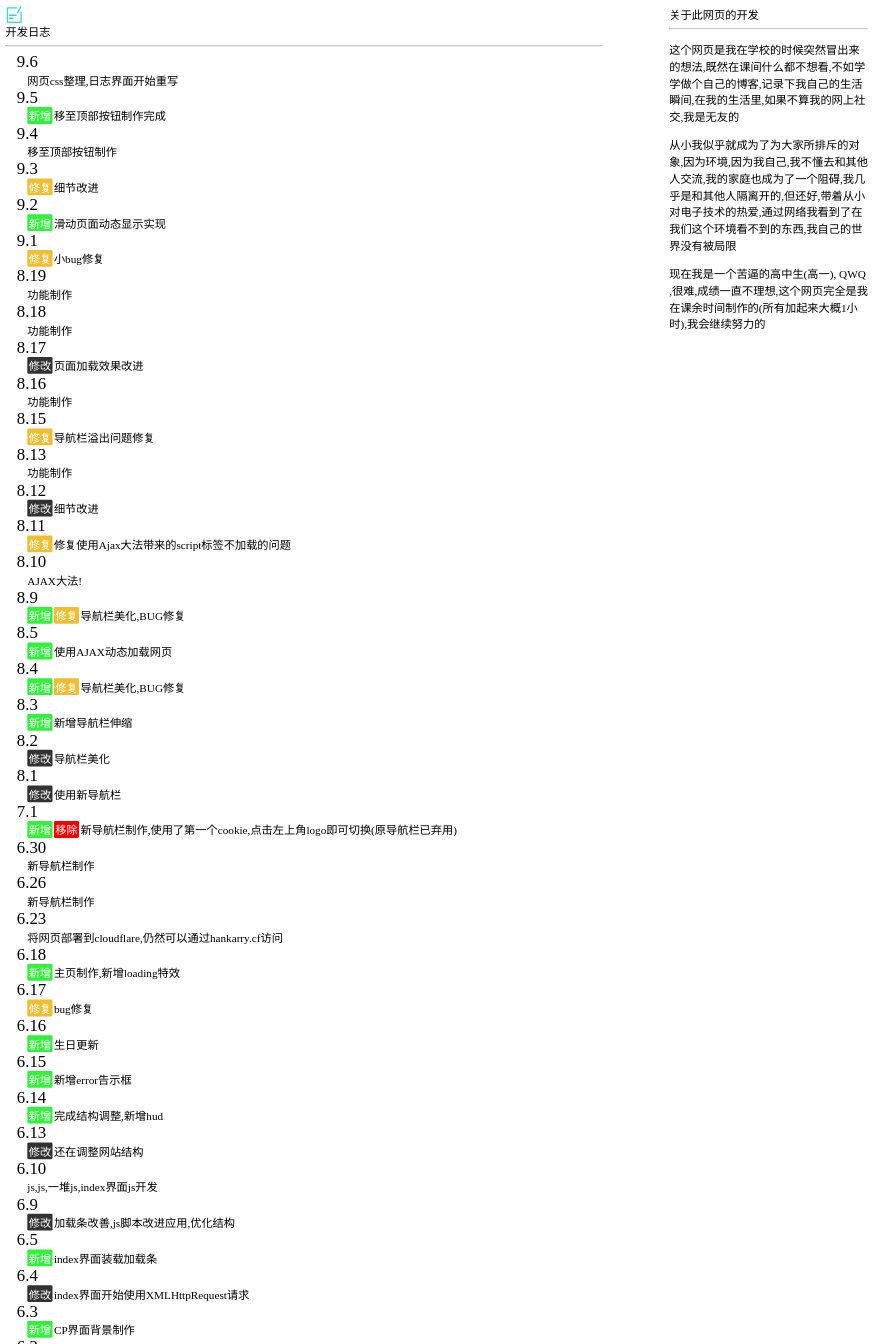
Repository: hankarry/personal_page
Page: diary/diary_pageload.html
An editor plug-in stored every save of this project. The page is shown before and after the next save, followed by the edit.
The browser window is 1280 px wide. The pictures show the part of the page from y = 0 to 1920 px (the page is 3512 px tall before and 3522 px after), at 70% of full size.

Above is the page before, as saved 2022-09-09 10:10:56.
Console error: ReferenceError: Header is not defined

### diary/diary_pageload.html
<link rel="stylesheet" type="text/css" href="css/diary.css">
<script>Header(1, 'head_diary')</script>
<div id="whole_diary">
    <div class="card">
        <div>
            <div class="title_div"><img src="/css/hud/xiugaidingdan.svg" width="25" height="25"><section class="p_title">开发日志</section></div>
            <hr>
            <ul id="diary">
                <li>
                    <div class="diary_title">9.6</div>
                    <div class="diary_content">
                        网页css整理,日志界面开始重写
                    </div>
                </li>
                <li>
                    <div class="diary_title">
                        9.5
                    </div>
                    <div class="diary_content">
                        <div class="xinzeng">新增</div>移至顶部按钮制作完成
                    </div>
                </li>
                <li>
                    <div class="diary_title">
                        9.4
                    </div>
                    <div class="diary_content">
                        移至顶部按钮制作
                    </div>
                </li>
                <li>
                    <div class="diary_title">
                        9.3
                    </div>
                    <div class="diary_content">
                        <div class="xiufu">修复</div>细节改进
                    </div>
                </li>
                <li>
                    <div class="diary_title">
                        9.2
                    </div>
                    <div class="diary_content">
                        <div class="xinzeng">新增</div>滑动页面动态显示实现
                    </div>
                </li>
                <li>
                    <div class="diary_title">
                        9.1
                    </div>
                    <div class="diary_content">
                        <div class="xiufu">修复</div>小bug修复
                    </div>
                </li>
                <li>
                    <div class="diary_title">
                        8.19
                    </div>
                    <div class="diary_content">
                        功能制作
                    </div>
                </li>
                <li>
                    <div class="diary_title">
                        8.18
                    </div>
                    <div class="diary_content">
                        功能制作
                    </div>
                </li>
                <li>
                    <div class="diary_title">
                        8.17
                    </div>
                    <div class="diary_content">
                        <div class="xiugai">修改</div>页面加载效果改进
                    </div>
                </li>
                <li>
                    <div class="diary_title">
                        8.16
                    </div>
                    <div class="diary_content">
                        功能制作
                    </div>
                </li>
                <li>
                    <div class="diary_title">
                        8.15
                    </div>
                    <div class="diary_content">
                        <div class="xiufu">修复</div>导航栏溢出问题修复
                    </div>
                </li>
                <li>
                    <div class="diary_title">
                        8.13
                    </div>
                    <div class="diary_content">
                        功能制作
                    </div>
                </li>
                <li>
                    <div class="diary_title">
                        8.12
                    </div>
                    <div class="diary_content">
                        <div class="xiugai">修改</div>细节改进
                    </div>
                </li>
                <li>
                    <div class="diary_title">
                        8.11
                    </div>
                    <div class="diary_content">
                        <div class="xiufu">修复</div>修复使用Ajax大法带来的script标签不加载的问题
                    </div>
                </li>
                <li>
                    <div class="diary_title">
                        8.10
                    </div>
                    <div class="diary_content">
                        AJAX大法!
                    </div>
                </li>
                <li>
                    <div class="diary_title">
                        8.9
                    </div>
                    <div class="diary_content">

                        <div class="xinzeng">新增</div><div class="xiufu">修复</div>导航栏美化,BUG修复
                    </div>
                </li>
                <li>
                    <div class="diary_title">
                        8.5
                    </div>
                    <div class="diary_content">
                        <div class="xinzeng">新增</div>使用AJAX动态加载网页
                    </div>
                </li>
                <li>
                    <div class="diary_title">
                        8.4
                    </div>
                    <div class="diary_content">
                        <div class="xinzeng">新增</div><div class="xiufu">修复</div>导航栏美化,BUG修复
                    </div>
                </li>
                <li>
                    <div class="diary_title">
                        8.3
                    </div>
                    <div class="diary_content">
                        <div class="xinzeng">新增</div>新增导航栏伸缩
                    </div>
                </li>
                <li>
                    <div class="diary_title">
                        8.2
                    </div>
                    <div class="diary_content">
                        <div class="xiugai">修改</div>导航栏美化
                    </div>
                </li>
                <li>
                    <div class="diary_title">
                        8.1
                    </div>
                    <div class="diary_content">
                        <div class="xiugai">修改</div>使用新导航栏
                    </div>
                </li>
                <li>
                    <div class="diary_title">
                        7.1
                    </div>
                    <div class="diary_content">
                        <div class="xinzeng">新增</div><div class="yichu">移除</div>新导航栏制作,使用了第一个cookie,点击左上角logo即可切换(原导航栏已弃用)
                    </div>
                </li>
                <li>
                    <div class="diary_title">
                        6.30
                    </div>
                    <div class="diary_content">
                        新导航栏制作
                    </div>
                </li>
                <li>
                    <div class="diary_title">
                        6.26
                    </div>
                    <div class="diary_content">
                        新导航栏制作
                    </div>
                </li>
                <li>
                    <div class="diary_title">
                        6.23
                    </div>
                    <div class="diary_content">
                        将网页部署到cloudflare,仍然可以通过hankarry.cf访问
                    </div>
                </li>
                <li>
                    <div class="diary_title">
                        6.18
                    </div>
                    <div class="diary_content">
                        <div class="xinzeng">新增</div>主页制作,新增loading特效
                    </div>
                </li>
                <li>
                    <div class="diary_title">
                        6.17
                    </div>
                    <div class="diary_content">
                        <div class="xiufu">修复</div>bug修复
                    </div>
                </li>
                <li>
                    <div class="diary_title">
                        6.16
                    </div>
                    <div class="diary_content">
                        <div class="xinzeng">新增</div>生日更新
                    </div>
                </li>
                <li>
                    <div class="diary_title">
                        6.15
                    </div>
                    <div class="diary_content">
                        <div class="xinzeng">新增</div>新增error告示框
                    </div>
                </li>
                <li>
                    <div class="diary_title">
                        6.14
                    </div>
                    <div class="diary_content">
                        <div class="xinzeng">新增</div>完成结构调整,新增hud
                    </div>
                </li>
                <li>
                    <div class="diary_title">
                        6.13
                    </div>
                    <div class="diary_content">
                        <div class="xiugai">修改</div>还在调整网站结构
                    </div>
                </li>
                <li>
                    <div class="diary_title">
                        6.10
                    </div>
                    <div class="diary_content">
                        js,js,一堆js,index界面js开发
                    </div>
                </li>
                <li>
                    <div class="diary_title">
                        6.9
                    </div>
                    <div class="diary_content">
                        <div class="xiugai">修改</div>加载条改善,js脚本改进应用,优化结构
                    </div>
                </li>
                <li>
                    <div class="diary_title">
                        6.5
                    </div>
                    <div class="diary_content">
                        <div class="xinzeng">新增</div>index界面装载加载条
                    </div>
                </li>
                <li>
                    <div class="diary_title">
                        6.4
                    </div>
                    <div class="diary_content">
                        <div class="xiugai">修改</div>index界面开始使用XMLHttpRequest请求
                    </div>
                </li>
                <li>
                    <div class="diary_title">
                        6.3
                    </div>
                    <div class="diary_content">
                        <div class="xinzeng">新增</div>CP界面背景制作
                    </div>
                </li>
                <li>
                    <div class="diary_title">
                        6.2
                    </div>
                    <div class="diary_content">
                        开始学习XML
                    </div>
                </li>
                <li>
                    <div class="diary_title">
                        6.1
                    </div>
                    <div class="diary_content">
                        儿童劫摆烂
                    </div>
                </li>
                <li>
                    <div class="diary_title">
                        5.31
                    </div>
                    <div class="diary_content">
                        <div class="xiugai">修改</div>动画适配
                    </div>
                </li>
                <li>
                    <div class="diary_title">
                        5.30
                    </div>
                    <div class="diary_content">
                        <div class="xinzeng">新增</div>小言界面制作
                    </div>
                </li>
                <li>
                    <div class="diary_title">
                        5.29
                    </div>
                    <div class="diary_content">
                        <div class="xinzeng">新增</div>多个页面的制作,效果改善
                    </div>
                </li>
                <li>
                    <div class="diary_title">
                        5.28
                    </div>
                    <div class="diary_content">
                        <div class="xinzeng">新增</div>新增页面离开效果
                    </div>
                </li>
                <li>
                    <div class="diary_title">
                        5.27
                    </div>
                    <div class="diary_content">
                        <div class="xinzeng">新增</div>新页面制作,疯狂挖坑
                    </div>
                </li>
                <li>
                    <div class="diary_title">
                        5.26
                    </div>
                    <div class="diary_content">
                        <div class="xinzeng">新增</div>目标界面制作,新页面规划
                    </div>
                </li>
                <li>
                    <div class="diary_title">
                        5.25
                    </div>
                    <div class="diary_content">
                        <div class="xiugai">修改</div>导航栏改进,新页面制作
                    </div>
                </li>
                <li>
                    <div class="diary_title">
                        5.24
                    </div>
                    <div class="diary_content">
                        <div class="xinzeng">新增</div>新建游戏主选项,联机界面改放其下成为子项
                    </div>
                </li>
                <li>
                    <div class="diary_title">
                        5.21
                    </div>
                    <div class="diary_content">
                        <div class="xiugai">修改</div>联机界面改进
                    </div>
                </li>
                <li>
                    <div class="diary_title">
                        5.20
                    </div>
                    <div class="diary_content">
                        <div class="xiufu">修复</div>终于解决按钮的问题了
                    </div>
                </li>
                <li>
                    <div class="diary_title">
                        5.19
                    </div>
                    <div class="diary_content">
                        跟按钮耗
                    </div>
                </li>
                <li>
                    <div class="diary_title">
                        5.18
                    </div>
                    <div class="diary_content">
                        <div class="xiugai">修改</div>琢磨js,重写表格,跟按钮杠上了xwx
                    </div>
                </li>
                <li>
                    <div class="diary_title">
                        5.16
                    </div>
                    <div class="diary_content">
                        <div class="xinzeng">新增</div><div class="xiugai">修改</div>新增语音服务器,界面改进
                    </div>
                </li>
                <li>
                    <div class="diary_title">
                        5.15
                    </div>
                    <div class="diary_content">
                        网页部署在gitee pages,加快访问速度
                    </div>
                </li>
                <li>
                    <div class="diary_title">
                        5.14
                    </div>
                    <div class="diary_content">
                        <div class="xiugai">修改</div>界面改进
                    </div>
                </li>
                <li>
                    <div class="diary_title">
                        5.13
                    </div>
                    <div class="diary_content">
                        <div class="xiugai">修改</div>导航栏改进
                    </div>
                </li>
                <li>
                    <div class="diary_title">
                        5.12
                    </div>
                    <div class="diary_content">
                        <div class="xiugai">修改</div>导航栏改进
                    </div>
                </li>
                <li>
                    <div class="diary_title">
                        5.11
                    </div>
                    <div class="diary_content">
                        <div class="xinzeng">新增</div>动画,主页制作
                    </div>
                </li>
                <li>
                    <div class="diary_title">
                        5.10
                    </div>
                    <div class="diary_content">
                        <div class="xinzeng">新增</div>使用css做了个小动画
                    </div>
                </li>
                <li>
                    <div class="diary_title">
                        5.9
                    </div>
                    <div class="diary_content">
                        开始学习javascript
                    </div>
                </li>
                <li>
                    <div class="diary_title">
                        5.8
                    </div>
                    <div class="diary_content">
                        <div class="xinzeng">新增</div><div class="xiugai">修改</div>新页面开发,导航栏改进
                    </div>
                </li>
                <li>
                    <div class="diary_title">
                        5.7
                    </div>
                    <div class="diary_content">
                        <div class="xinzeng">新增</div>新增多个分页面
                    </div>
                </li>
                <li>
                    <div class="diary_title">
                        5.6
                    </div>
                    <div class="diary_content">
                        <div class="xinzeng">新增</div>新增hud,导航栏
                    </div>
                </li>
                <li>
                    <div class="diary_title">
                        5.5
                    </div>
                    <div class="diary_content">
                        <div class="xiugai">修改</div>使用网格布局,使用MiSans字体
                    </div>
                </li>
                <li>
                    <div class="diary_title">
                        5.3
                    </div>
                    <div class="diary_content">
                        <div class="xinzeng">新增</div>新增开发日志
                    </div>
                </li>
                <li>
                    <div class="diary_title">
                        5.2
                    </div>
                    <div class="diary_content">
                        第一个网页在github pages部署
                    </div>
                </li>
                <li>
                    <div class="diary_title">
                        2022.4.30
                    </div>
                    <div class="diary_content">
                        开始学习html
                    </div>
                </li>
                <br>
                人属于他出生的地方，畜生属于它吃饱的地方。 --原神<br>
                探索自己独一无二的世界，挺过黑夜，并创建您能想象的一切！ --Minecraft<br>
                流淌的命运之河的终点，也许在这一刻就被决定好了。 --11eyes<br>
                你现在的气质里，藏着你走过的路，读过的书和爱过的人。 --卡萨布兰卡<br>
                <div class="loadings_style_1" style="--loading_wh:50px"><div class="loading_style_1_1" style="--loading_wh:25px"></div><div class="loading_style_1_2" style="--loading_wh:25px"></div></div>
				<div class="loadings_style_2"><div class="loading_style_2_1"></div><div class="loading_style_2_2"></div></div>
            </ul>
        </div>
    </div>

    <div class="card">
        <div>
            <section class="p_title">关于此网页的开发</section>
            <hr>
            <div>
                <p>这个网页是我在学校的时候突然冒出来的想法,既然在课间什么都不想看,不如学学做个自己的博客,记录下我自己的生活瞬间,在我的生活里,如果不算我的网上社交,我是无友的</p>
                <p>从小我似乎就成为了为大家所排斥的对象,因为环境,因为我自己,我不懂去和其他人交流,我的家庭也成为了一个阻碍,我几乎是和其他人隔离开的,但还好,带着从小对电子技术的热爱,通过网络我看到了在我们这个环境看不到的东西,我自己的世界没有被局限</p>
                <p>现在我是一个苦逼的高中生(高一), QWQ ,很难,成绩一直不理想,这个网页完全是我在课余时间制作的(所有加起来大概1小时),我会继续努力的</p>
            </div>
        </div>
    </div>
</div>

### css/diary.css
@media screen {
    #whole_diary {
        display: grid;
        grid-template-columns : 75% 25%;
    }

    .card {
        width: 90%;
        /* margin: 0 0 10px 0; */
    }
}

#diary {
    margin: 0 1em 0 1em;
    /* padding: 0 1em 0 1em; */
    list-style-position: inside;
    list-style: none;
    padding: 0;

}

.diary_title {
    font-size: 1.5em;
    background-color: var(--backgroundcolor_card);
    /* margin-left: 10px; */
}

.diary_content {
    position: relative;
    /* display: inline-block; */
    padding-left: 15px;
    margin-left: 0px;
}

#diary > li {
    display: list-item;
    /* overflow: hidden; */

    /* 对于absolute定位的层总是相对于其最近的定义为absolute或relative的父层 */
    position: relative;
}

.diary_content::before {
    content: '';
    position: absolute;
    height: 100%;
    top: 0;
    left: 5px;
    width: 1px;
    background-color: var(--gray);
    /* z-index: 0; */
}

.xiufu {
    display: inline-block;
    background-color: rgb(240, 190, 50);
    padding: 0 2px 0 2px;
    margin-right: 2px;
    border-radius: 2px;
    color: white;
}

.xinzeng {
    display: inline-block;
    background-color: rgb(50, 240, 60);
    padding: 0 2px 0 2px;
    margin-right: 2px;
    border-radius: 2px;
    color: white;
}

.yichu {
    display: inline-block;
    background-color: rgb(255,0,0);
    padding: 0 2px 0 2px;
    margin-right: 2px;
    /* border: 1px solid var(--gray); */
    border-radius: 2px;
    color: white;
}

.xiugai {
    display: inline-block;
    background-color: rgb(50,50,50);
    padding: 0 2px 0 2px;
    margin-right: 2px;
    /* border: 1px solid var(--gray); */
    border-radius: 2px;
    color: white;
}

After the next save:
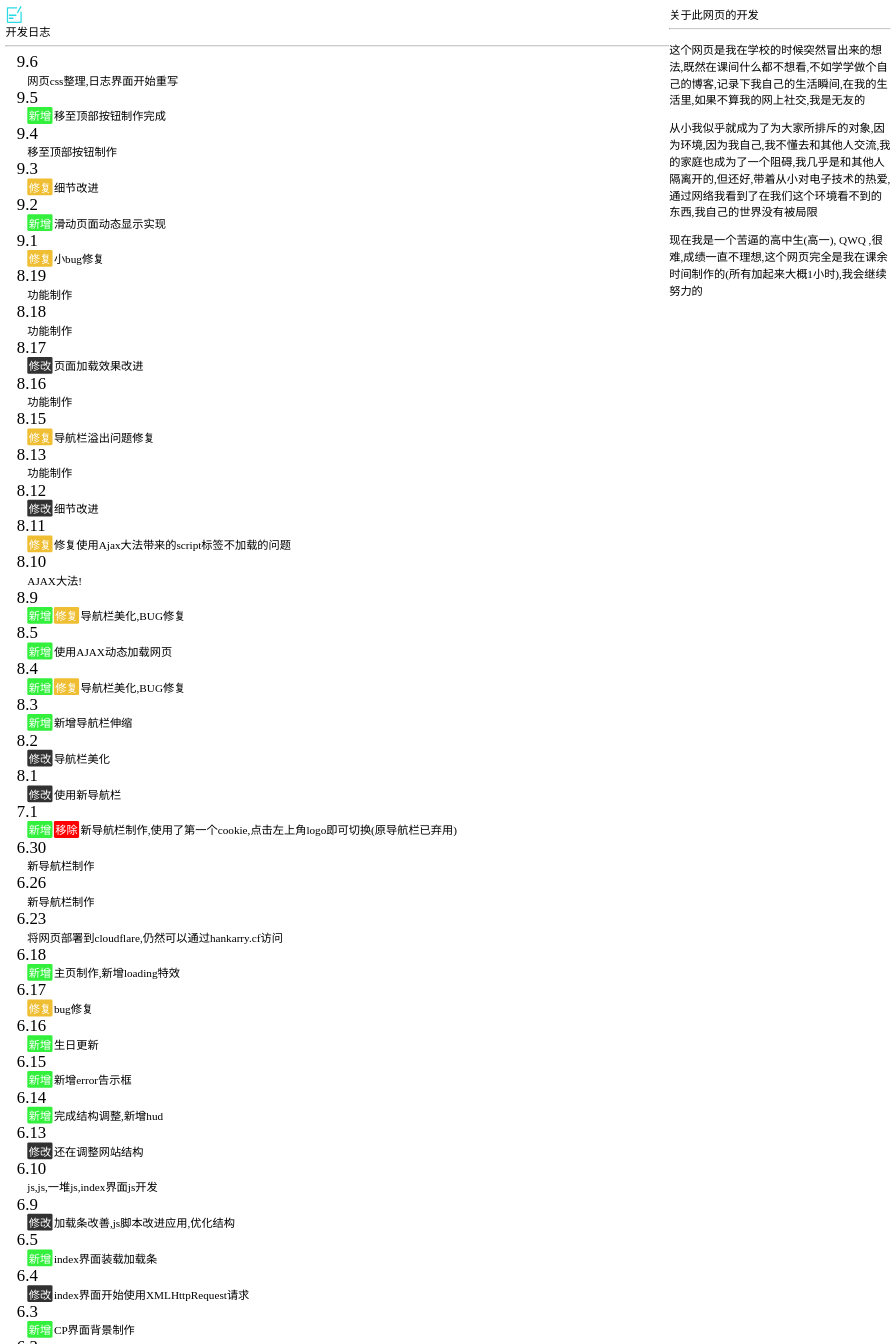
Saved 7 s later.
--- a/css/diary.css
+++ b/css/diary.css
@@ -5,8 +5,8 @@
     }
 
     .card {
-        width: 90%;
-        /* margin: 0 0 10px 0; */
+        /* width: 90%; */
+        margin: 0 0 10px 0;
     }
 }
 
